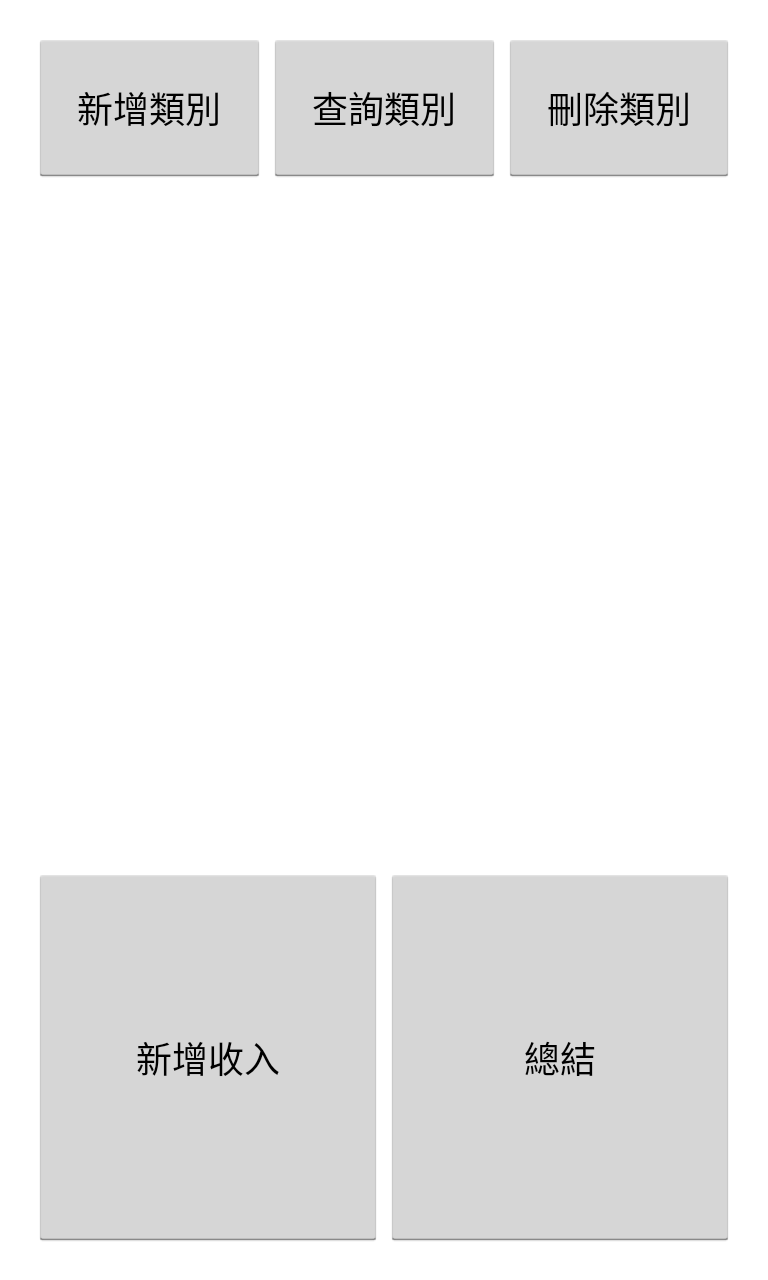
Repository: rayyrayy/Android-app-project
Layout: flashaccounting/easy money manager/res/layout/activity_main.xml
An editor plug-in stored every save of this project. The layout is shown before and after the next save, followed by the edit.
It is drawn on a 768 x 1280 px phone screen (xhdpi) without system bars, with theme AppTheme; the app's code is not run.

Above is the layout before, as saved 2014-11-04 05:31:35.

### flashaccounting/easy money manager/res/layout/activity_main.xml
<RelativeLayout xmlns:android="http://schemas.android.com/apk/res/android"
    xmlns:tools="http://schemas.android.com/tools"
    android:layout_width="fill_parent"
    android:layout_height="fill_parent"
    android:paddingBottom="@dimen/activity_vertical_margin"
    android:paddingLeft="@dimen/activity_horizontal_margin"
    android:paddingRight="@dimen/activity_horizontal_margin"
    android:paddingTop="@dimen/activity_vertical_margin"
    tools:context="com.example.easymoneymanager.MainActivity" >

    <LinearLayout
    android:layout_width="fill_parent"
   	android:layout_height="fill_parent"
	android:orientation="vertical">

   <LinearLayout
    android:layout_width="fill_parent"
   	android:layout_height="wrap_content"
   	android:layout_weight="1"
   	android:orientation="horizontal">

   	    <LinearLayout
    	android:layout_width="fill_parent"
   		android:layout_height="fill_parent"
   		android:layout_weight="1"
   		android:orientation="horizontal">

    		<Button
        	android:id="@+id/AddClass"
        	android:layout_width="fill_parent"
        	android:layout_height="fill_parent"
        	android:text="新增類別" />

		</LinearLayout>

   		<LinearLayout
       	android:layout_width="fill_parent"
   		android:layout_height="fill_parent"
   		android:layout_weight="1"
   		android:orientation="horizontal">

   		    <Button
        	android:id="@+id/button1"
        	android:layout_width="fill_parent"
        	android:layout_height="fill_parent"
        	android:onClick="querytable"
        	android:text="查詢類別" />

    	</LinearLayout>

   		<LinearLayout
       	android:layout_width="fill_parent"
   		android:layout_height="fill_parent"
   		android:layout_weight="1"
   		android:orientation="horizontal">

    		<Button
        	android:id="@+id/DelClass"
        	android:layout_width="fill_parent"
        	android:layout_height="fill_parent"
        	android:onClick="DelClass"
        	android:text="刪除類別" />

  	  	</LinearLayout>

	</LinearLayout>

   	<LinearLayout
    android:layout_width="fill_parent"
    android:layout_height="wrap_content"
   	android:layout_weight="12"
   	android:orientation="horizontal">

	    <GridLayout
  	      android:id="@+id/gridLayout1"
	      android:layout_width="fill_parent"
 	      android:layout_height="fill_parent"
 	      android:columnCount="3"
  	      android:orientation="horizontal"
  	      android:rowCount="3" >


 	   </GridLayout>

    </LinearLayout>


   	<LinearLayout
    android:layout_width="fill_parent"
    android:layout_height="wrap_content"
   	android:layout_weight="5"
   	android:orientation="horizontal">

   	    <LinearLayout
       	android:layout_width="fill_parent"
   		android:layout_height="fill_parent"
   		android:layout_weight="1"
   		android:orientation="horizontal">

  			<Button
        	android:id="@+id/button3"
        	android:layout_width="fill_parent"
        	android:layout_height="fill_parent"
        	android:text="新增收入" />

  		</LinearLayout>

   	    <LinearLayout
       	android:layout_width="fill_parent"
   		android:layout_height="fill_parent"
   		android:layout_weight="1"
   		android:orientation="horizontal">

  			<Button
        	android:id="@+id/button4"
        	android:layout_width="fill_parent"
        	android:layout_height="fill_parent"
        	android:text="總結" />

  		</LinearLayout>
    </LinearLayout>

   	</LinearLayout>
</RelativeLayout>

Loaded but not shown: flashaccounting/easy money manager/res/values/styles.xml (common file); flashaccounting/easy money manager/res/values-v11/styles.xml (common file); flashaccounting/easy money manager/res/values-v14/styles.xml (common file); flashaccounting/easy money manager/res/values/dimens.xml (common file); flashaccounting/easy money manager/res/values-w820dp/dimens.xml (common file)

After the next save:
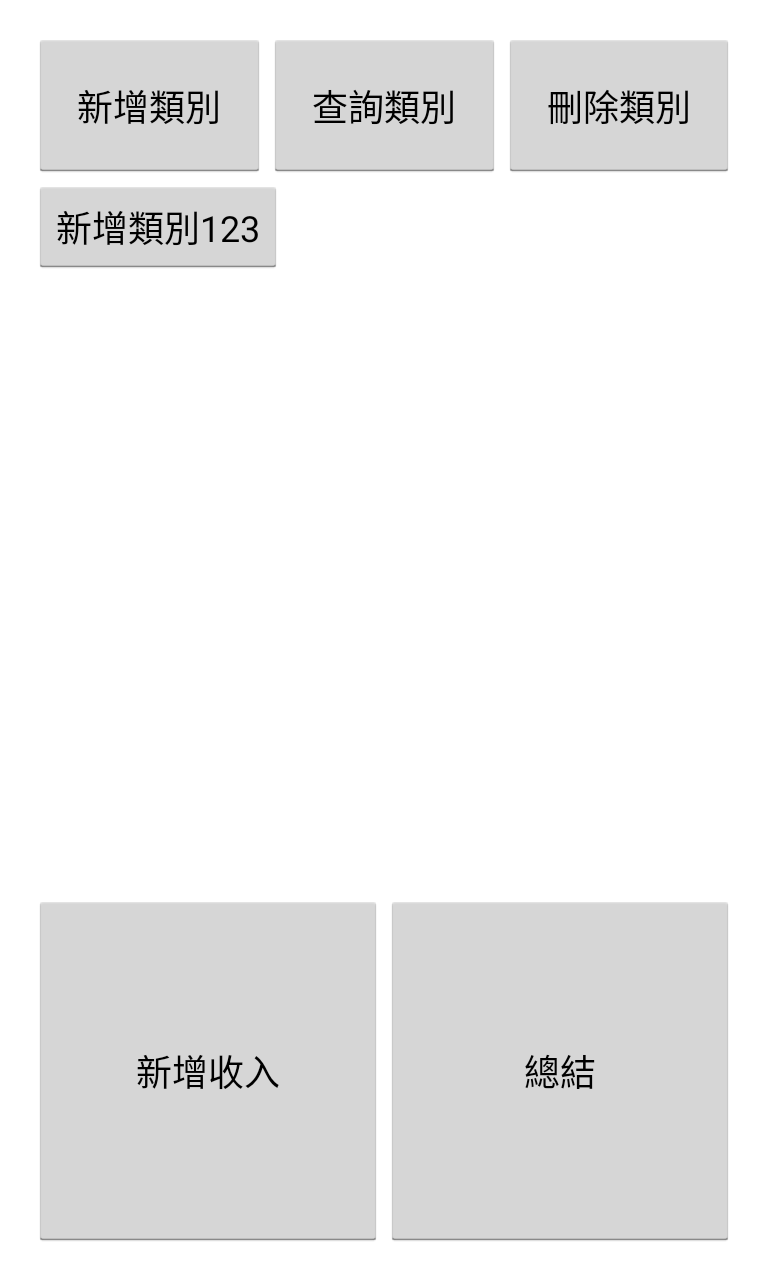
Saved 45 min 35 s later.
--- a/flashaccounting/easy money manager/res/layout/activity_main.xml
+++ b/flashaccounting/easy money manager/res/layout/activity_main.xml
@@ -79,6 +79,11 @@
   	      android:orientation="horizontal"
   	      android:rowCount="3" >
 
+	        <Button
+        	android:id="@+id/AddClass123"
+        	android:layout_width="wrap_content"
+        	android:layout_height="wrap_content"
+        	android:text="新增類別123" />
 
  	   </GridLayout>
 
